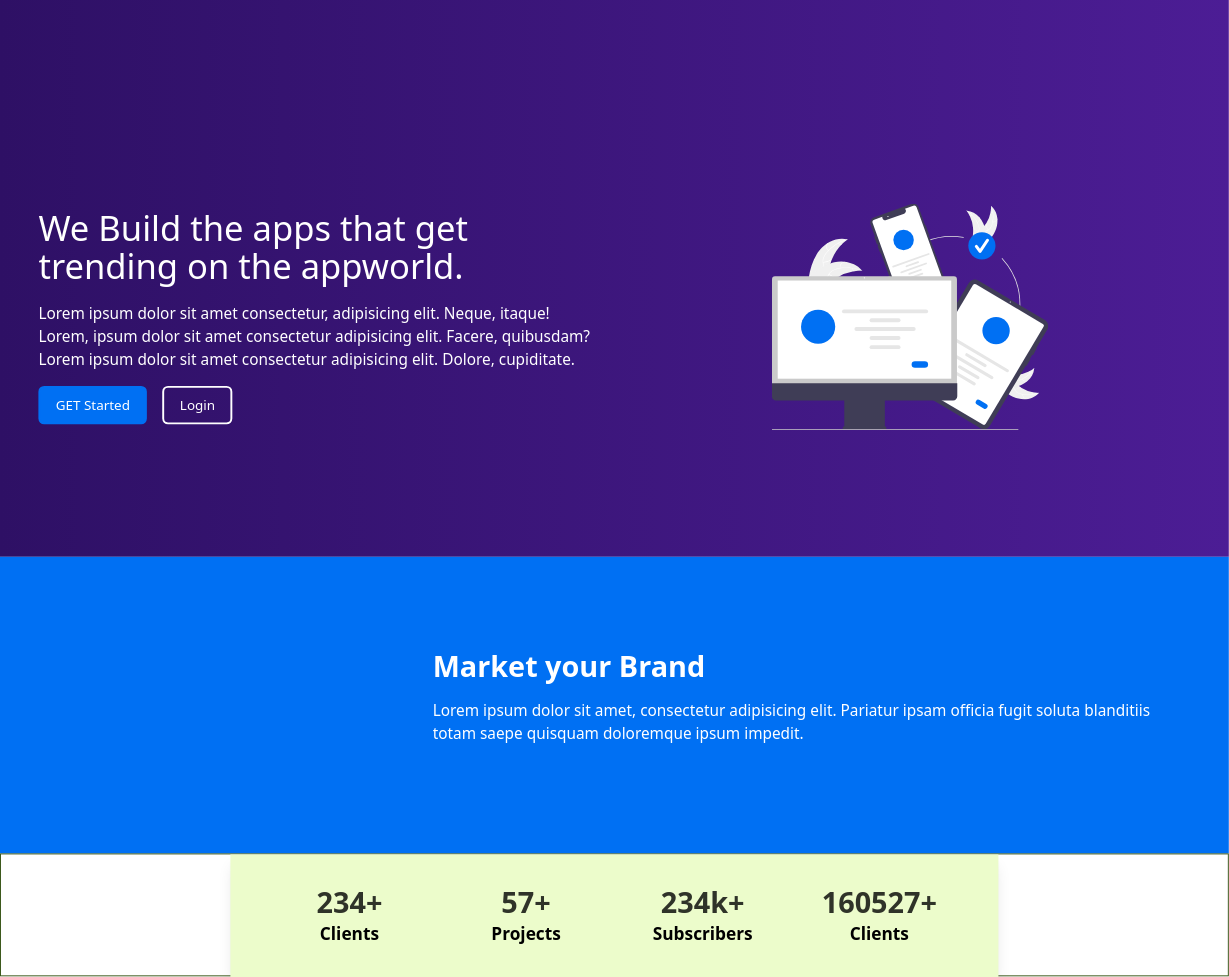
Repository: Kish202/Coz-Marketing-Site
Page: / (app in frontend/)
The author's editor kept a copy of each file at every save. The page is drawn from the files as they stood at one save, then again after a run of saves.
The browser window is 1280 px wide. The pictures show the whole page, at 96% of full size.
The project was rebuilt for these pictures with package versions that can differ from the ones it lists, and the page was loaded fresh each time. Also part of the build but not shown: frontend/vite.config.js.

Above is the page before, as saved 2025-03-09 21:02:19.

After the next 2 saves:
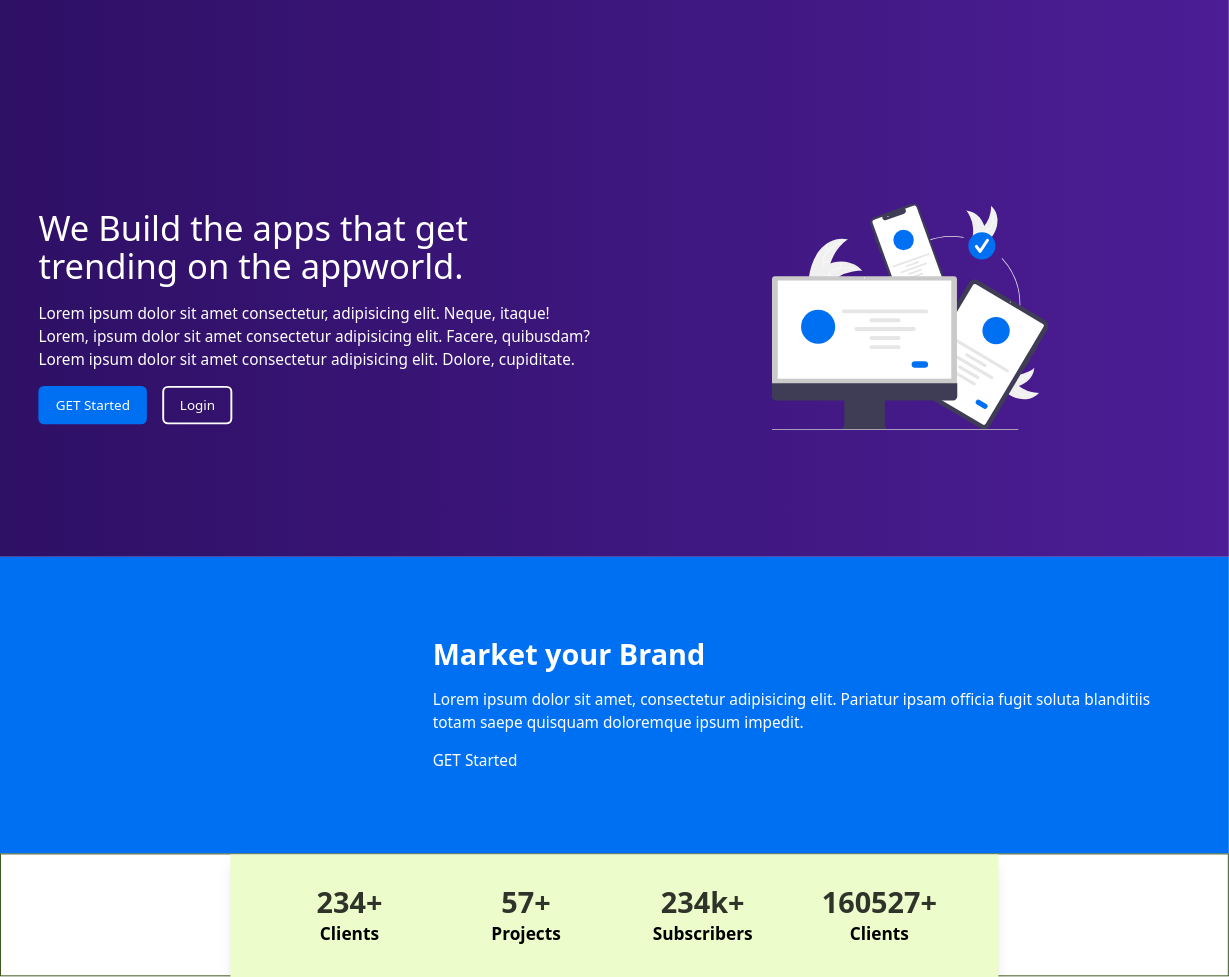
The 2 saves are shown as one change because they came seconds apart.
The last was saved 37 s later.
--- a/frontend/src/components/BannerDetails.jsx/BannerDetails.jsx
+++ b/frontend/src/components/BannerDetails.jsx/BannerDetails.jsx
@@ -21,7 +21,7 @@ Lorem ipsum dolor sit amet, consectetur adipisicing elit. Pariatur
  ipsum impedit.
 </p>
 <button classnName="rounded-md bg-white px-4 py-2 text-sm text-black transition-colors duration-300 hover:bg-white/90 ">
-
+GET Started
 </button>
 </div>
 <div  className="order-1">
